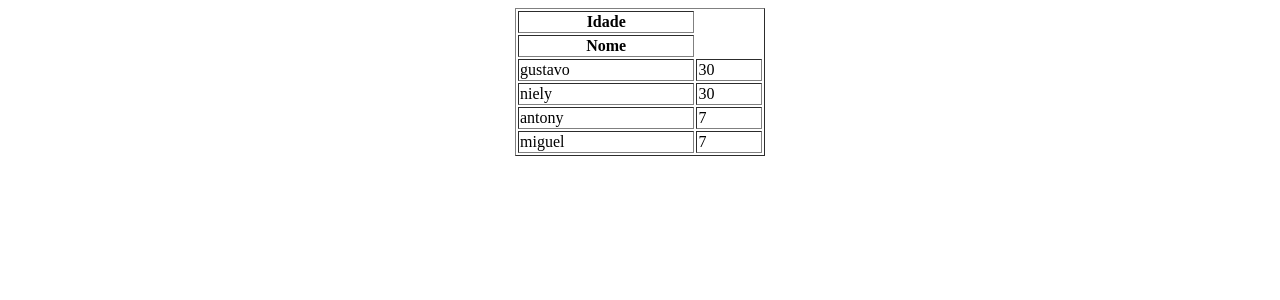
Repository: gustavotwist/html-css
Page: tabl.html
These files come from the project's save history. The page is drawn as it stood at one moment and after the next save; the edit follows.
The browser window is 1280 px wide. The pictures show the whole page.

Above is the page before, as saved 2024-04-27 19:51:41.

After the next save:
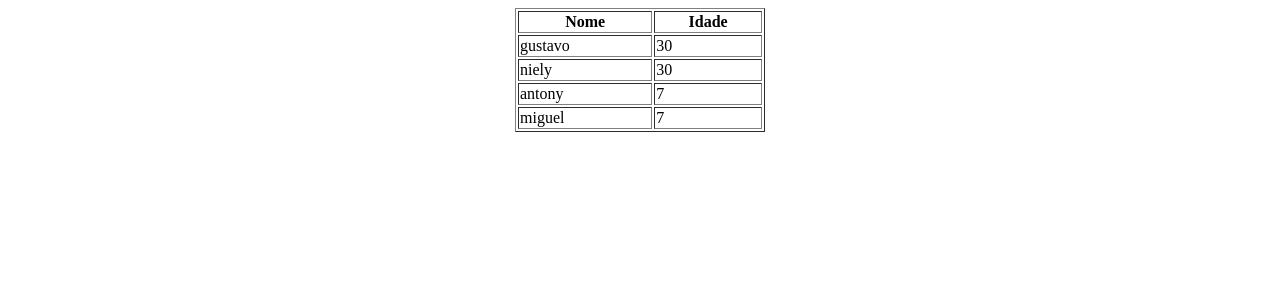
Saved 7 s later.
--- a/tabl.html
+++ b/tabl.html
@@ -8,8 +8,8 @@
 <body>
     <table border="1" width="250"  align="center">
         <tr>
-               <th>Idade</th>
-            </tr> <th>Nome</th>
+             <th>Nome</th>  <th>Idade</th>
+            </tr>
 
         <tbody>
 
